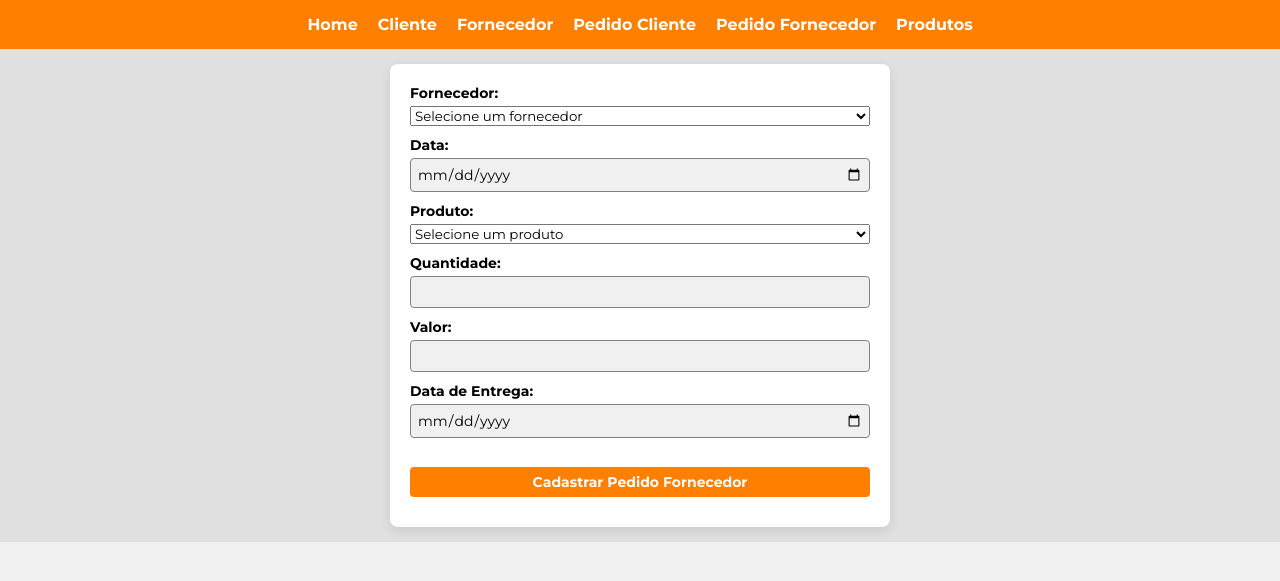
Repository: walterdmp/JavaWeb_BartoBotinas
Page: http://localhost/BartoBotinas/cadastrarPedidoFornecedor.jsp
An editor plug-in stored every save of this project. The page is shown before and after the next save, followed by the edit.
The browser window is 1280 px wide. The pictures show the whole page.
The page is served by Tomcat 9. The template is opened directly, without the code that normally fills it, so the values that code supplies are empty.

Above is the page before, as saved 2024-07-31 19:47:52.

After the next save:
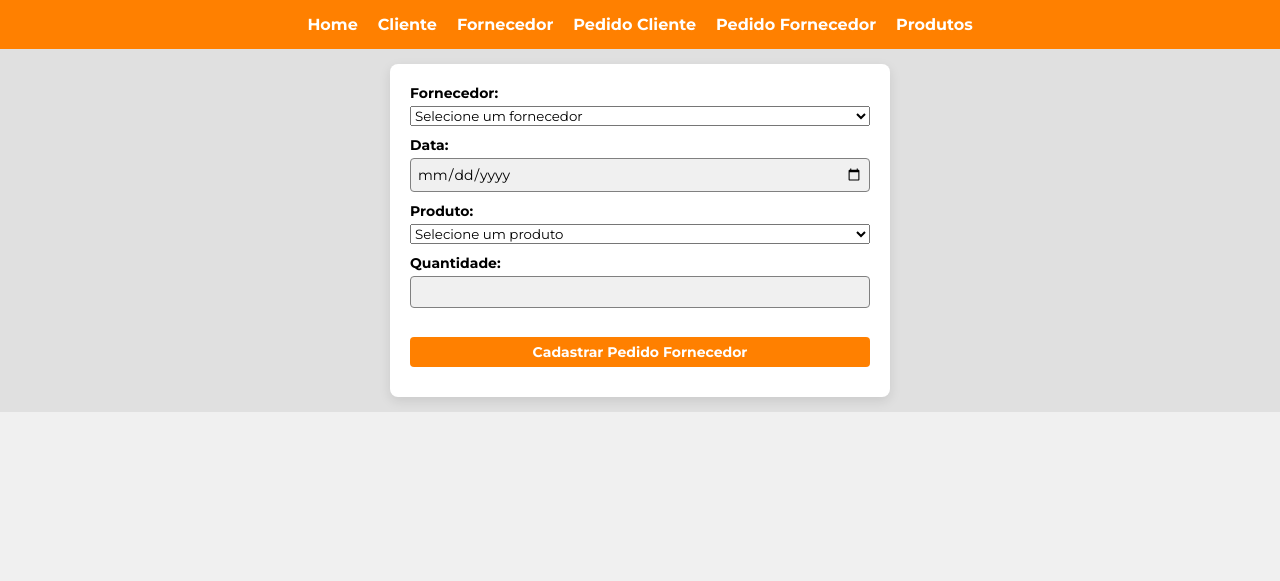
Saved 116 s later.
--- a/BartoBotinas/WebContent/cadastrarPedidoFornecedor.jsp
+++ b/BartoBotinas/WebContent/cadastrarPedidoFornecedor.jsp
@@ -48,14 +48,7 @@
 				<label for="quantidade"><strong>Quantidade:</strong></label> <input
 					type="number" id="quantidade" name="quantidade" required>
 			</div>
-			<div>
-				<label for="valor"><strong>Valor:</strong></label> <input
-					type="number" step="0.01" id="valor" name="valor" required>
-			</div>
-			<div>
-				<label for="dataEntrega"><strong>Data de Entrega:</strong></label> <input
-					type="date" id="dataEntrega" name="dataEntrega" required>
-			</div>
+
 			<br>
 			<div>
 				<input id="bartoButton" type="submit" name="salvar"
